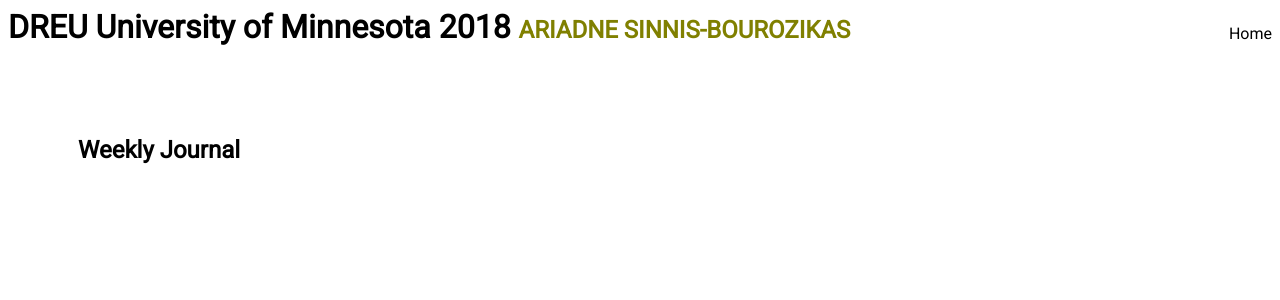
Repository: ariadnesb/dreu2018
Page: journal.html
The author's editor kept a record of every edit. The page is drawn from the files as they stood at one moment, then again after the next edit.
The browser window is 1280 px wide. The pictures show the whole page.

Above is the page before.

After the next edit:
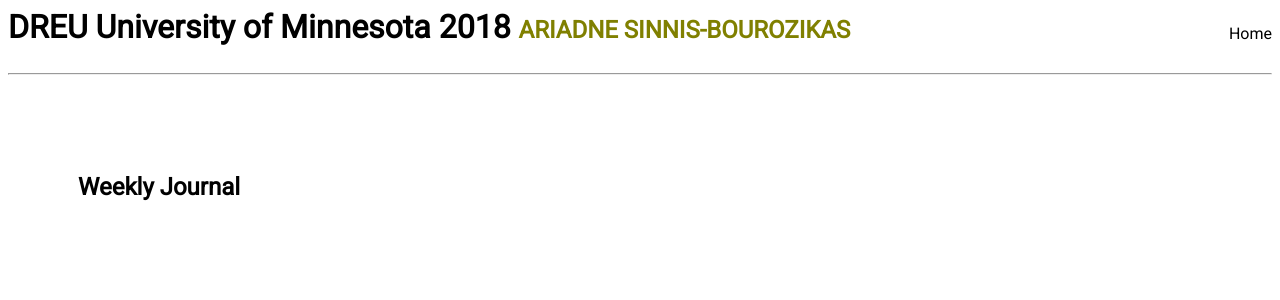
The edit:
--- a/journal.html
+++ b/journal.html
@@ -15,6 +15,9 @@
         <ul class="nav-bar">
             <li><a href="./index.html">Home</a></li>
         </ul>
+         <br>
+        <br>
+        <hr>
 
     </div>
 
